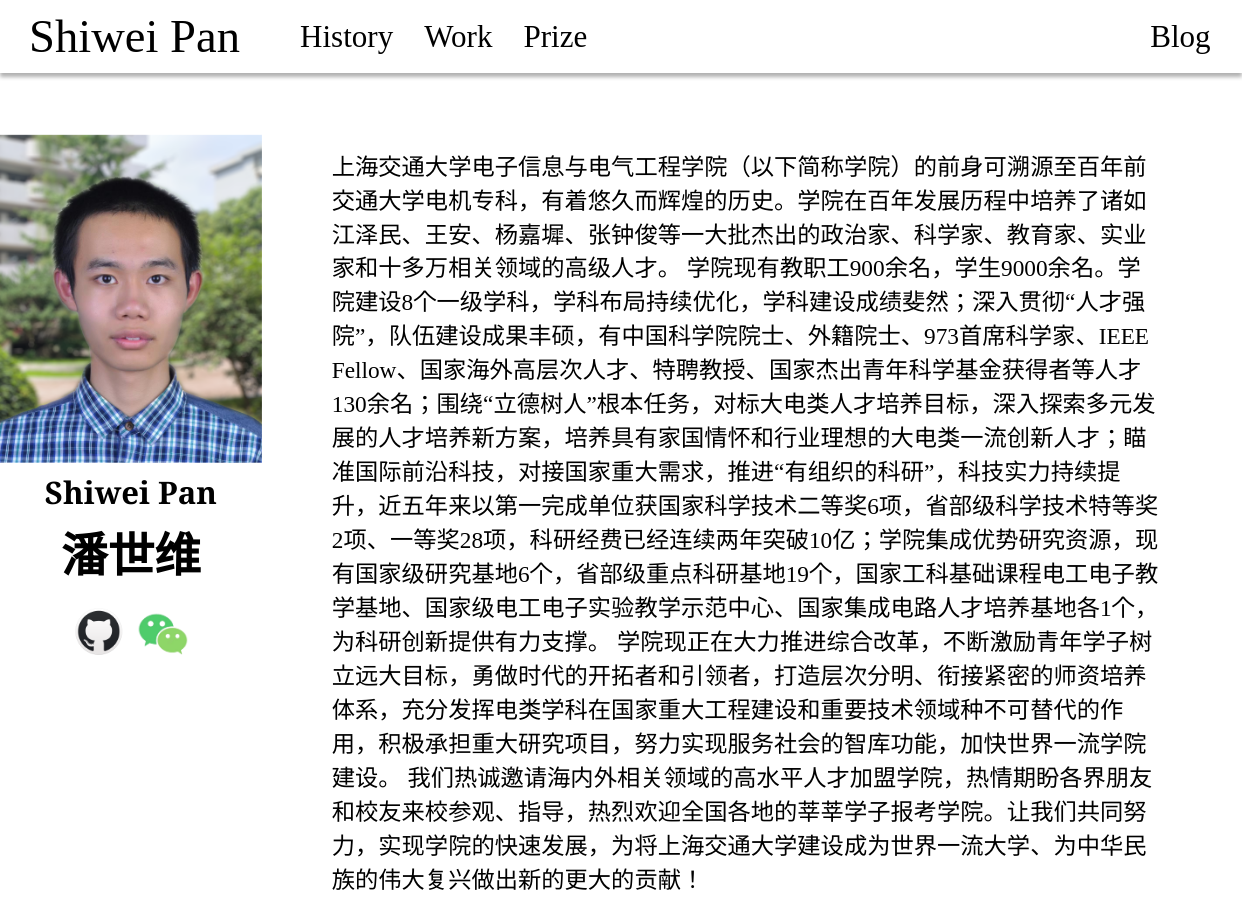
Repository: erikpsw/web
Page: new/psw.html
These files come from the project's save history. The page is drawn as it stood at one moment and after the next save; the edit follows.
The browser window is 1280 px wide. The pictures show the whole page, at 97% of full size.

Above is the page before, as saved 2022-06-17 08:40:46.

### new/psw.html
<!DOCTYPE html>
<html>
<head>
<meta charset="utf-8">
<title>Shiwei Pan</title>
<link rel="stylesheet" type="text/css" href="styles.css">
</head>
<body class="body">
<nav id="start_box">
    <a class="nav" id="title" href="">Shiwei Pan</a>
    <a class="nav" href="" >History</a>
    <a class="nav" href="">Work</a>
    <a class="nav" href="">Prize</a>
    <a class="nav" id="myblog" target="_blank" href="https://erikpsw.github.io/">Blog</a>
</nav>
<section >
    <div class="container">
        <div id="profile">
            <img src="\pic\mine.png" id="mine">
            <h2 id="name1">Shiwei Pan</h2>
            <h2 id="name2">潘世维</h2>
        <ul class="network_icon">
            <li>
                <a target="_blank" href="https://github.com/erikpsw"><img src="\pic\github.png" id="github"></a>
            </li>
            <li>
            <img src="\pic\wechat.png" id="wechat">
            </li>
        <ul>
        </div>
        <div id="intro">
            <p class="text">上海交通大学电子信息与电气工程学院（以下简称学院）的前身可溯源至百年前交通大学电机专科，有着悠久而辉煌的历史。学院在百年发展历程中培养了诸如江泽民、王安、杨嘉墀、张钟俊等一大批杰出的政治家、科学家、教育家、实业家和十多万相关领域的高级人才。

                学院现有教职工900余名，学生9000余名。学院建设8个一级学科，学科布局持续优化，学科建设成绩斐然；深入贯彻“人才强院”，队伍建设成果丰硕，有中国科学院院士、外籍院士、973首席科学家、IEEE Fellow、国家海外高层次人才、特聘教授、国家杰出青年科学基金获得者等人才130余名；围绕“立德树人”根本任务，对标大电类人才培养目标，深入探索多元发展的人才培养新方案，培养具有家国情怀和行业理想的大电类一流创新人才；瞄准国际前沿科技，对接国家重大需求，推进“有组织的科研”，科技实力持续提升，近五年来以第一完成单位获国家科学技术二等奖6项，省部级科学技术特等奖2项、一等奖28项，科研经费已经连续两年突破10亿；学院集成优势研究资源，现有国家级研究基地6个，省部级重点科研基地19个，国家工科基础课程电工电子教学基地、国家级电工电子实验教学示范中心、国家集成电路人才培养基地各1个，为科研创新提供有力支撑。

                学院现正在大力推进综合改革，不断激励青年学子树立远大目标，勇做时代的开拓者和引领者，打造层次分明、衔接紧密的师资培养体系，充分发挥电类学科在国家重大工程建设和重要技术领域种不可替代的作用，积极承担重大研究项目，努力实现服务社会的智库功能，加快世界一流学院建设。

                我们热诚邀请海内外相关领域的高水平人才加盟学院，热情期盼各界朋友和校友来校参观、指导，热烈欢迎全国各地的莘莘学子报考学院。让我们共同努力，实现学院的快速发展，为将上海交通大学建设成为世界一流大学、为中华民族的伟大复兴做出新的更大的贡献！


            </p>
        </div>
    </div>
</section>
</body>
</html>

### new/styles.css
#start_box
{
    background-color: whit;
    display:flex;
    box-shadow: 0 0.25rem 0.25rem 0 rgb(0 0 0 / 31%);
}

#title{
    text-decoration: none;
    font-family:"Times New Roman",Georgia,Serif;
    font-style:inherit;
    padding:10px 30px 10px;
    color:black;
    font-size: 3em;
}

.nav{
    text-decoration: none;
    font-family:"Times New Roman",Georgia,Serif;
    padding-left:1em;
    color:black;
    display: inline-flex;
    align-items: center;
    font-size: 2em;
}

.body{
    margin: 0%;
}

#myblog{
    margin-left: auto;
    padding-right: 1em;
}

#mine{
    width: 270px;
    height: 337.5px;
    margin-top: 4em;
}

#profile{
    box-sizing: border-box;
    float: left;
    text-align: center;
    max-width: 33.33333333%;
}

#name1{
    font-family: Georgia,Serif;
    font-size: 2em;
    margin: 2%;
}

#name2{
    font-family: STZhongsong;
    font-size: 3em;
    margin: 2%;
}

.network_icon{
    list-style: none;
    display: inline-flex;
    flex-direction: row;
}

#github{
    height: 50px;
}
#wechat{
    height: 50px;
    padding-top: 3px;
    margin-left: 1em;
}

#intro{
    box-sizing: border-box;
    float: left;
    max-width: 66.66666667%;
    margin-top: 3em;
    margin-left: 3em;
    font-size: 1.5em;
   ;
}

.container{
    box-sizing: border-box;
}

.text{
    margin-top:0.2em;
    margin-bottom: 0.2em;
    font-family: Times New Roman;
}

After the next save:
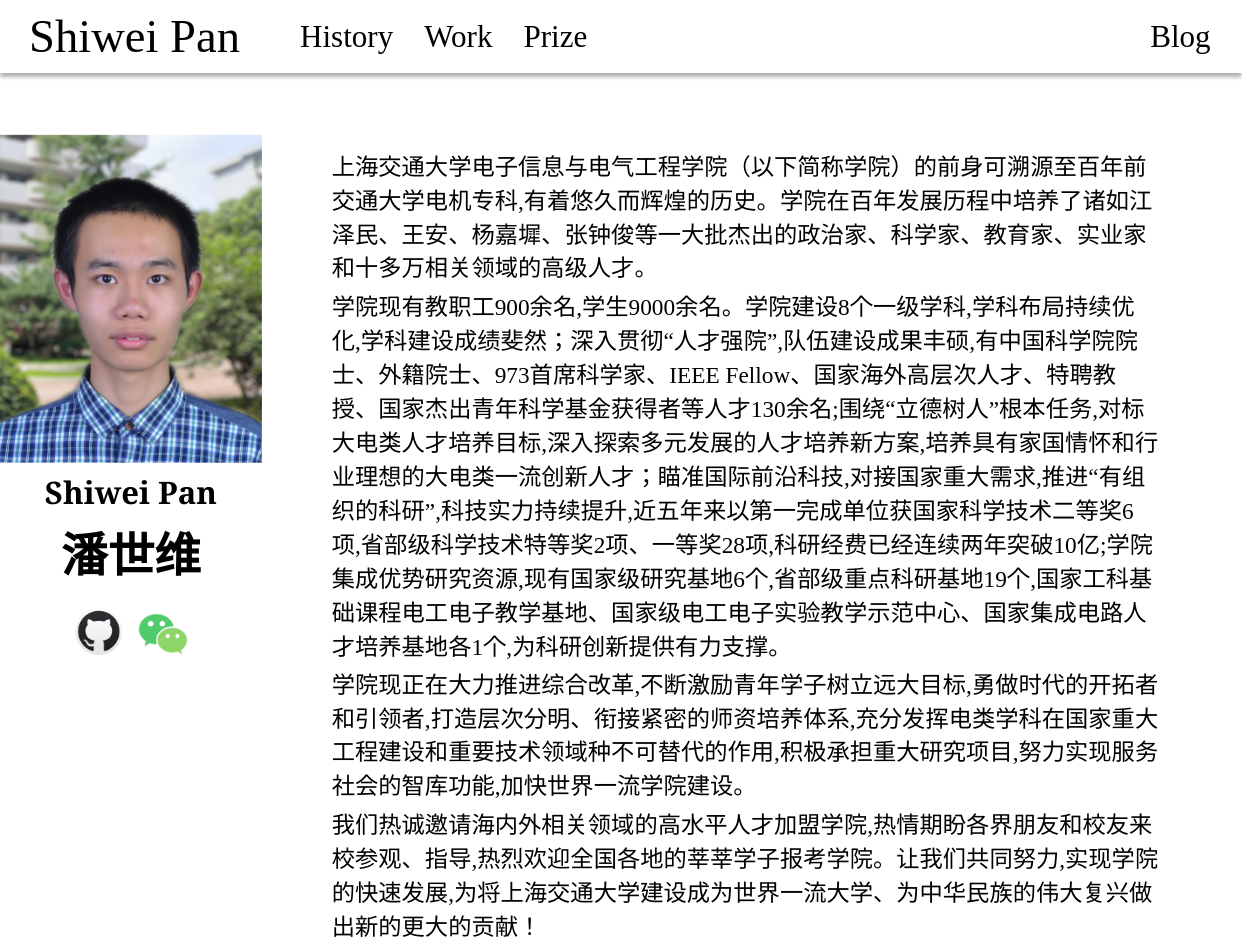
Saved 2 min 23 s later.
--- a/new/psw.html
+++ b/new/psw.html
@@ -29,16 +29,13 @@
         <ul>
         </div>
         <div id="intro">
-            <p class="text">上海交通大学电子信息与电气工程学院（以下简称学院）的前身可溯源至百年前交通大学电机专科，有着悠久而辉煌的历史。学院在百年发展历程中培养了诸如江泽民、王安、杨嘉墀、张钟俊等一大批杰出的政治家、科学家、教育家、实业家和十多万相关领域的高级人才。
+            <p class="text">上海交通大学电子信息与电气工程学院（以下简称学院）的前身可溯源至百年前交通大学电机专科,有着悠久而辉煌的历史。学院在百年发展历程中培养了诸如江泽民、王安、杨嘉墀、张钟俊等一大批杰出的政治家、科学家、教育家、实业家和十多万相关领域的高级人才。</p>
 
-                学院现有教职工900余名，学生9000余名。学院建设8个一级学科，学科布局持续优化，学科建设成绩斐然；深入贯彻“人才强院”，队伍建设成果丰硕，有中国科学院院士、外籍院士、973首席科学家、IEEE Fellow、国家海外高层次人才、特聘教授、国家杰出青年科学基金获得者等人才130余名；围绕“立德树人”根本任务，对标大电类人才培养目标，深入探索多元发展的人才培养新方案，培养具有家国情怀和行业理想的大电类一流创新人才；瞄准国际前沿科技，对接国家重大需求，推进“有组织的科研”，科技实力持续提升，近五年来以第一完成单位获国家科学技术二等奖6项，省部级科学技术特等奖2项、一等奖28项，科研经费已经连续两年突破10亿；学院集成优势研究资源，现有国家级研究基地6个，省部级重点科研基地19个，国家工科基础课程电工电子教学基地、国家级电工电子实验教学示范中心、国家集成电路人才培养基地各1个，为科研创新提供有力支撑。
+            <p class="text">  学院现有教职工900余名,学生9000余名。学院建设8个一级学科,学科布局持续优化,学科建设成绩斐然；深入贯彻“人才强院”,队伍建设成果丰硕,有中国科学院院士、外籍院士、973首席科学家、IEEE Fellow、国家海外高层次人才、特聘教授、国家杰出青年科学基金获得者等人才130余名;围绕“立德树人”根本任务,对标大电类人才培养目标,深入探索多元发展的人才培养新方案,培养具有家国情怀和行业理想的大电类一流创新人才；瞄准国际前沿科技,对接国家重大需求,推进“有组织的科研”,科技实力持续提升,近五年来以第一完成单位获国家科学技术二等奖6项,省部级科学技术特等奖2项、一等奖28项,科研经费已经连续两年突破10亿;学院集成优势研究资源,现有国家级研究基地6个,省部级重点科研基地19个,国家工科基础课程电工电子教学基地、国家级电工电子实验教学示范中心、国家集成电路人才培养基地各1个,为科研创新提供有力支撑。</p>
 
-                学院现正在大力推进综合改革，不断激励青年学子树立远大目标，勇做时代的开拓者和引领者，打造层次分明、衔接紧密的师资培养体系，充分发挥电类学科在国家重大工程建设和重要技术领域种不可替代的作用，积极承担重大研究项目，努力实现服务社会的智库功能，加快世界一流学院建设。
+            <p class="text">  学院现正在大力推进综合改革,不断激励青年学子树立远大目标,勇做时代的开拓者和引领者,打造层次分明、衔接紧密的师资培养体系,充分发挥电类学科在国家重大工程建设和重要技术领域种不可替代的作用,积极承担重大研究项目,努力实现服务社会的智库功能,加快世界一流学院建设。</p>
 
-                我们热诚邀请海内外相关领域的高水平人才加盟学院，热情期盼各界朋友和校友来校参观、指导，热烈欢迎全国各地的莘莘学子报考学院。让我们共同努力，实现学院的快速发展，为将上海交通大学建设成为世界一流大学、为中华民族的伟大复兴做出新的更大的贡献！
-
-
-            </p>
+            <p class="text"> 我们热诚邀请海内外相关领域的高水平人才加盟学院,热情期盼各界朋友和校友来校参观、指导,热烈欢迎全国各地的莘莘学子报考学院。让我们共同努力,实现学院的快速发展,为将上海交通大学建设成为世界一流大学、为中华民族的伟大复兴做出新的更大的贡献！</p>
         </div>
     </div>
 </section>
